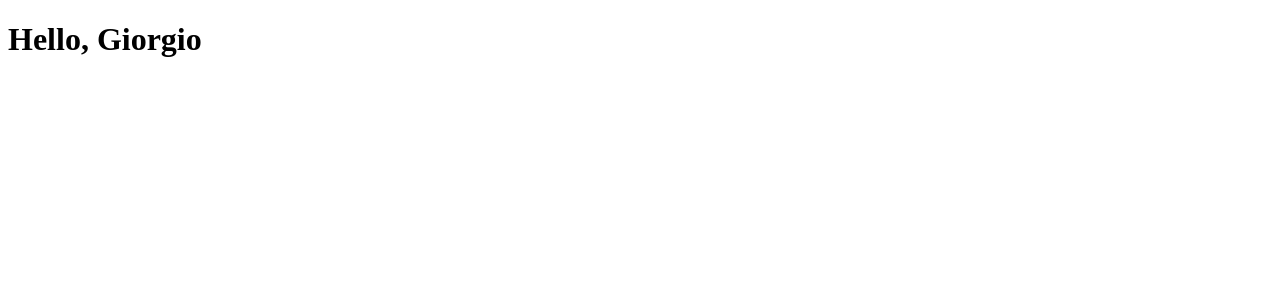
Repository: glgeorgiou/100-days-of-code-projects
Page: Front End Libraries Certification/4.React/react-test.html
These files come from the project's save history. The page is drawn as it stood at one moment and after the next save; the edit follows.
The browser window is 1280 px wide. The pictures show the whole page.
Some web libraries are served in a nearby version.

Above is the page before, as saved 2019-06-10 11:17:53.

After the next save:
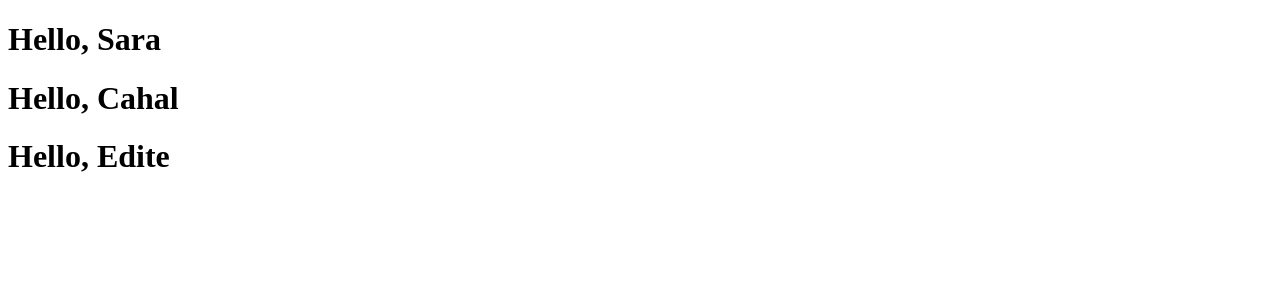
Saved 5 min 49 s later.
--- a/Front End Libraries Certification/4.React/react-test.html
+++ b/Front End Libraries Certification/4.React/react-test.html
@@ -13,18 +13,28 @@
     <script src="https://unpkg.com/react-dom@16/umd/react-dom.development.js" crossorigin></script>
     <script src="https://unpkg.com/babel-standalone@6/babel.min.js"></script>
 
-    <div id="challenge-node"></div>
+    <div id="root"></div>
 
     <script type="text/babel">
-        function Welcome(props) {
-            return <h1>Hello, {props.name}</h1>;
-        }
 
-          const element = <Welcome name="Giorgio" />;
-          ReactDOM.render(
-            element,
-            document.getElementById('challenge-node')
-          );
+      function Welcome(props) {
+        return <h1>Hello, {props.name}</h1>;
+      }
+
+      function App() {
+        return (
+          <div>
+            <Welcome name="Sara" />
+            <Welcome name="Cahal" />
+            <Welcome name="Edite" />
+          </div>
+        );
+      }
+
+      ReactDOM.render(
+        <App />,
+        document.getElementById('root')
+      );
 
        // ReactDOM.render(element, document.getElementById('challenge-node'));
     </script>
